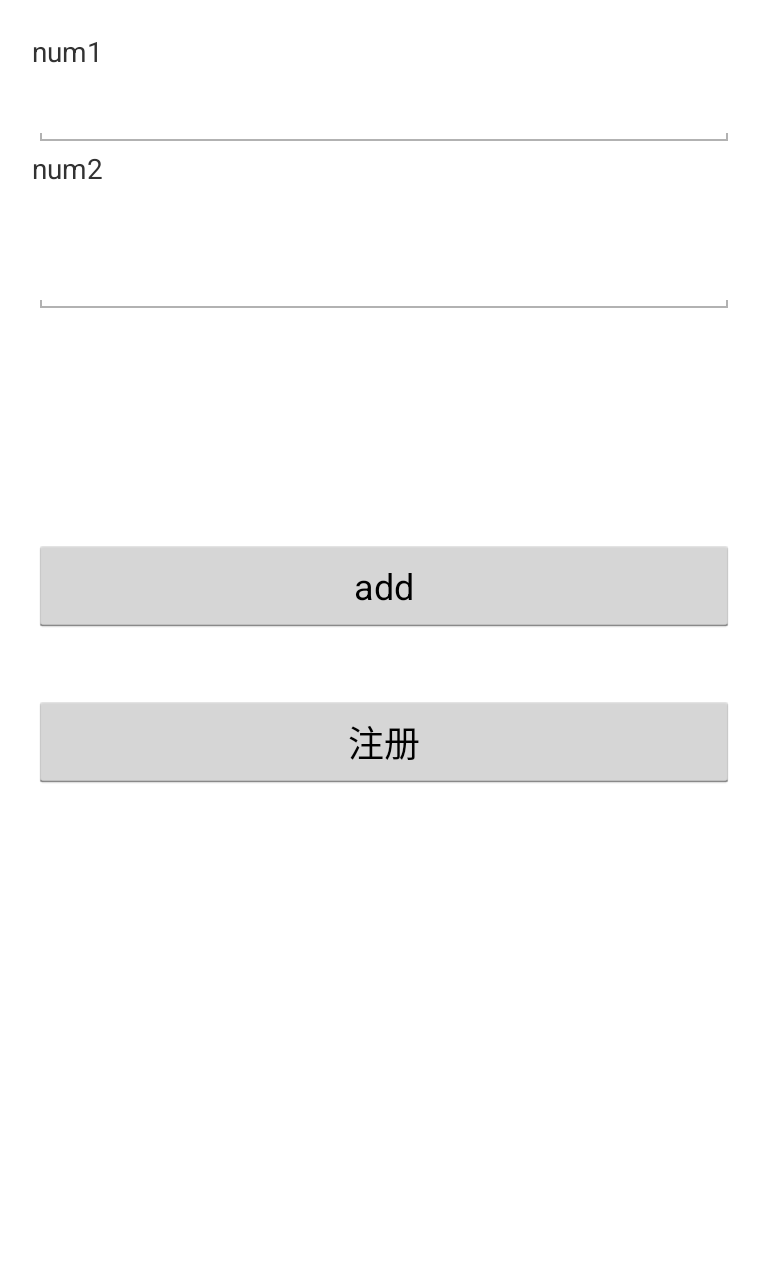
Repository: superlikex/Android_task
Layout: Calculate/res/layout/activity_main.xml
The author's editor kept a copy of each file at every save. The layout is drawn from the files as they stood at one save, then again after the next save.
It is drawn on a 768 x 1280 px phone screen (xhdpi) without system bars, with theme AppTheme; the app's code is not run.

Above is the layout before, as saved 2015-12-01 03:06:15.

### Calculate/res/layout/activity_main.xml
<LinearLayout xmlns:android="http://schemas.android.com/apk/res/android"
    xmlns:tools="http://schemas.android.com/tools"
    android:layout_width="match_parent"
    android:layout_height="match_parent"
    android:orientation="vertical"
    android:gravity="fill"
    android:paddingBottom="@dimen/activity_vertical_margin"
    android:paddingLeft="@dimen/activity_horizontal_margin"
    android:paddingRight="@dimen/activity_horizontal_margin"
    android:paddingTop="@dimen/activity_vertical_margin"
    tools:context="com.example.calculate.MainActivity" >

    <TextView
        android:id="@+id/text_username"
        android:layout_width="wrap_content"
        android:layout_height="wrap_content"
        android:text="num1" />

    <EditText
        android:id="@+id/number_1"
        android:layout_width="match_parent"
        android:layout_height="wrap_content" />

    <TextView
        android:id="@+id/text_password"
        android:layout_width="match_parent"
        android:layout_height="wrap_content"
        android:text="num2" />

    <LinearLayout
        android:id="@+id/linearLayout1"
        android:layout_width="wrap_content"
        android:layout_height="wrap_content"
        android:layout_above="@+id/number_2"
        android:layout_marginBottom="25dp"
        android:layout_marginLeft="75dp"
        android:layout_toRightOf="@+id/text_username" >
    </LinearLayout>

    <EditText
        android:id="@+id/number_2"
        android:layout_width="match_parent"
        android:layout_height="wrap_content"
        android:layout_alignParentBottom="true"
        android:layout_alignParentRight="true"
        android:layout_marginBottom="111dp"
        android:ems="10" />

    <Button
        android:id="@+id/button_add"
        android:layout_width="match_parent"
        android:layout_height="wrap_content"
        android:layout_above="@+id/linearLayout1"
        android:layout_alignParentRight="true"
        android:layout_marginBottom="30dp"
        android:text="add" />

    <Button
        android:id="@+id/button_2"
        android:layout_width="match_parent"
        android:layout_height="wrap_content"
        android:text="注册" />

</LinearLayout>

Loaded but not shown: Calculate/res/values/styles.xml (common file); Calculate/res/values-v11/styles.xml (common file); Calculate/res/values-v14/styles.xml (common file); Calculate/res/values/dimens.xml (common file); Calculate/res/values-w820dp/dimens.xml (common file)

After the next save:
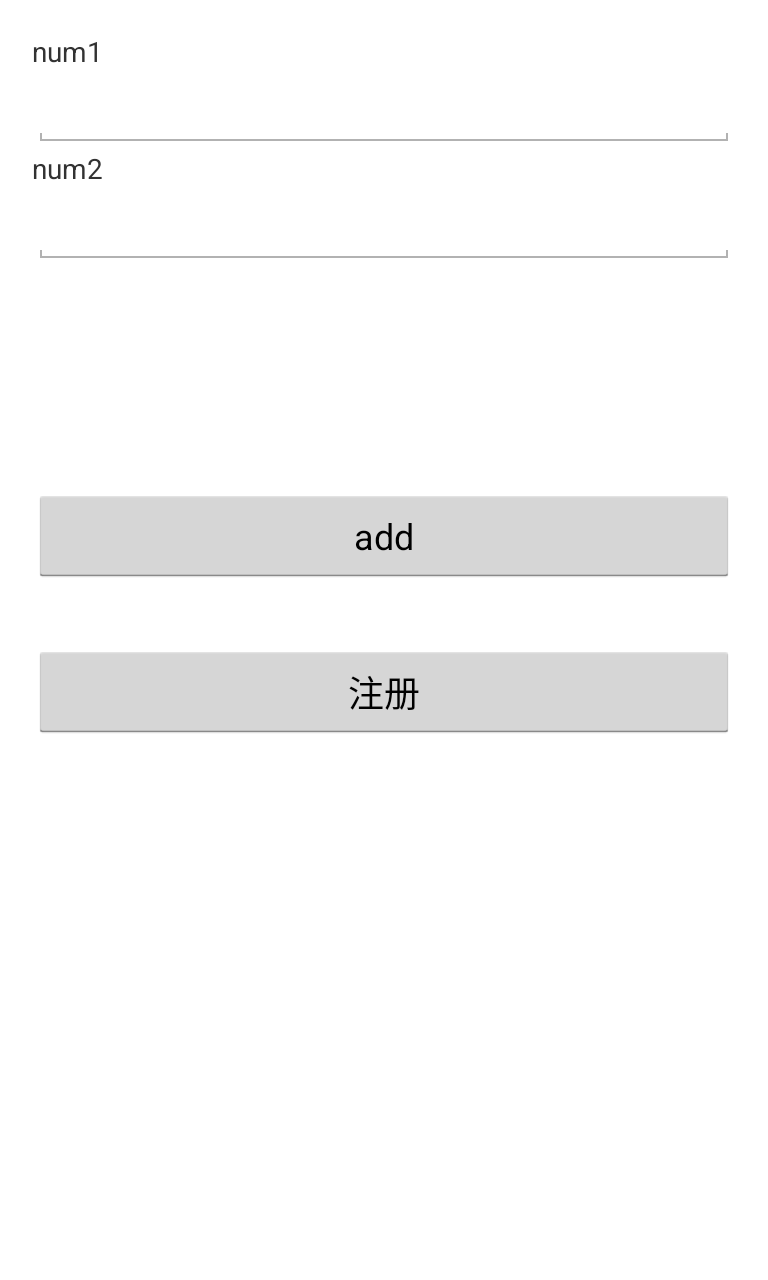
Saved 2 min 0 s later.
--- a/Calculate/res/layout/activity_main.xml
+++ b/Calculate/res/layout/activity_main.xml
@@ -27,15 +27,7 @@
         android:layout_height="wrap_content"
         android:text="num2" />
 
-    <LinearLayout
-        android:id="@+id/linearLayout1"
-        android:layout_width="wrap_content"
-        android:layout_height="wrap_content"
-        android:layout_above="@+id/number_2"
-        android:layout_marginBottom="25dp"
-        android:layout_marginLeft="75dp"
-        android:layout_toRightOf="@+id/text_username" >
-    </LinearLayout>
+
 
     <EditText
         android:id="@+id/number_2"
